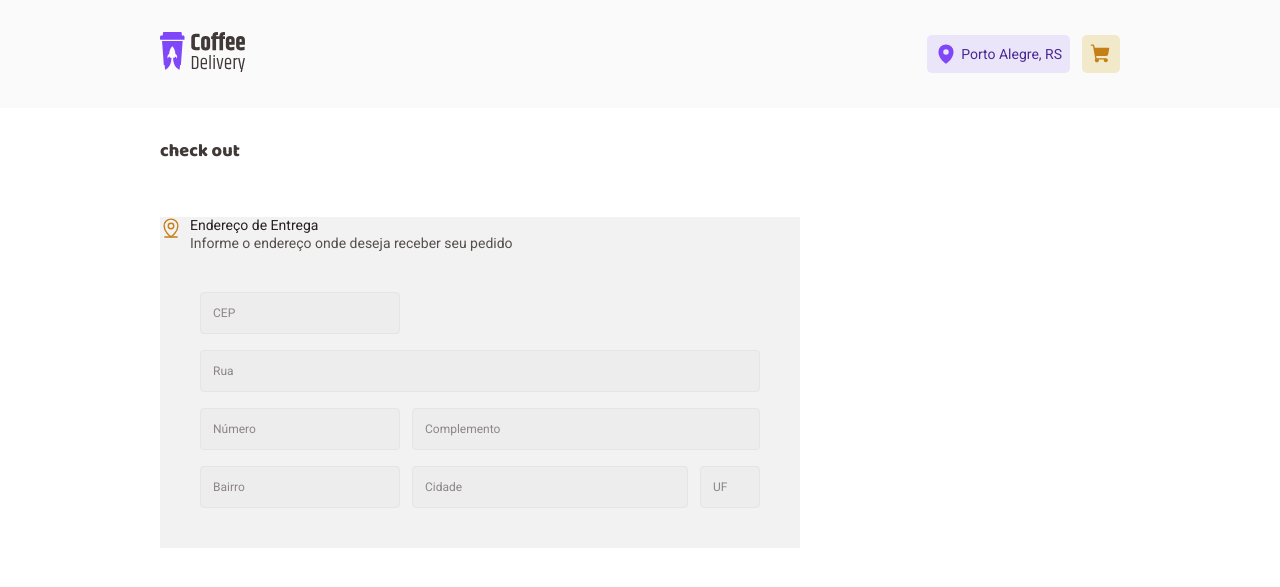
Repository: caueenrico/CoffeDelivery
Page: /checkout
The author's editor kept a copy of each file at every save. The page is drawn from the files as they stood at one save, then again after a run of saves.
The browser window is 1280 px wide. The pictures show the whole page.
The project was rebuilt for these pictures with package versions that can differ from the ones it lists, and the page was loaded fresh each time. Also part of the build but not shown: vite.config.ts, src/components/CoffesOptions/styled.ts, src/components/CoffeCards/styles.ts, src/components/IpuntNumber/styles.ts, src/components/IpuntNumber/index.tsx, src/components/CartOfCard/styles.ts, src/components/CartOfCard/index.tsx, src/utils/formatMoney.ts and 4 more.

Above is the page before, as saved 2022-09-22 15:27:39.

### index.html
<!DOCTYPE html>
<html lang="en">
  <head>
    <meta charset="UTF-8" />

    <link rel="preconnect" href="https://fonts.googleapis.com" />
    <link rel="preconnect" href="https://fonts.gstatic.com" crossorigin />
    <link
      href="https://fonts.googleapis.com/css2?family=Baloo+2:wght@700;800&family=Roboto:wght@400;700&display=swap"
      rel="stylesheet"
    />

    <link rel="icon" type="image/svg+xml" href="/vite.svg" />
    <meta name="viewport" content="width=device-width, initial-scale=1.0" />
    <title>Vite + React + TS</title>
  </head>
  <body>
    <div id="root"></div>
    <script type="module" src="/src/main.tsx"></script>
  </body>
</html>

### src/App.tsx
import { BrowserRouter } from "react-router-dom";
import { ThemeProvider } from "styled-components";
import { Router } from "./Router";
import { defaultTheme } from "./styles/themes/default";
import { GlobalStyle } from "./styles/themes/global";

export function App() {
  return (
    <ThemeProvider theme={defaultTheme}>
      <BrowserRouter>
        <Router />
      </BrowserRouter>
      <GlobalStyle />
    </ThemeProvider>
  );
}

### src/Router.tsx
import { Routes, Route } from 'react-router-dom'
import { DefaultLayout } from './layouts/DefaultLayout'
import { CheckOut } from './pages/CheckOut'
import { Home } from './pages/Home'



export function Router() {
  return (
    <Routes>
      <Route path="/" element={<DefaultLayout />}>
        <Route path="/" element={<Home />} />
        <Route path="/checkout" element={<CheckOut />} />
      </Route>
    </Routes>
  )
}

### src/styles/themes/default.ts
export const defaultTheme = {
  white: '#FFFFFF',

  // PRODUTOS
  'yellow-dark': '#C47F17',
  'yellow': '#DBAC2C',
  'yellow-light': '#F1E9C9',

  'purple-dark': '#4B2995',
  'purple': '#8047F8',
  'purple-light': '#EBE5F9',

  //BASE
  'title':'#272221',
  'subtitle': '#403937',
  'text':'#574F4D',
  'label':'#8D8686',
  'hover':'#D7D5D5',
  'button':'#E6E5E5',
  'input':'#EDEDED',
  'card':'#F3F2F2',
  'background':'#FAFAFA'
}

### src/styles/themes/global.ts
import { createGlobalStyle } from "styled-components";


export const GlobalStyle = createGlobalStyle`
  *{
    margin: 0;
    padding: 0;
    box-sizing: border-box;
  }

  :focus{
    outline: 0;
  }

  body{
    -webkit-font-smoothing: antialiased;
  }

  body,input,textarea,button{
    font-family: 'Roboto', sans-serif;
    font-weight: 400;
    font-size: 1rem;
  }

  input::-webkit-outer-spin-button,
  input::-webkit-inner-spin-button {
    -webkit-appearance: none;
    margin: 0;
  }
  input[type="number"] {
    -moz-appearance: textfield;
  }

`

### src/layouts/DefaultLayout/index.tsx
import { Outlet } from 'react-router-dom'
import { Header } from '../../components/Header'
import { LayoutContainer } from './styles'

export function DefaultLayout() {
  return (
    <div>
      <LayoutContainer>
        <Header />
        <Outlet />
      </LayoutContainer>
    </div>
  )
}

### src/pages/CheckOut/index.tsx
import { MapPinLine } from "phosphor-react";
import { useTheme } from "styled-components";
import { TilteText } from "../Home/styles";
import { AddressForm } from "./AddresForm";
import { TextCheck } from "./components/TextosCheck";
import { AddressFormContainer, ContainerCheckOut } from "./styles";

export function CheckOut() {
  return (
    <>
      <TilteText>check out</TilteText>

      <ContainerCheckOut>
        <TextCheck
          icon={<MapPinLine size={22} color="#C47F17" />}
          title="Endereço de Entrega"
          subtitle="Informe o endereço onde deseja receber seu pedido"
        />

        <AddressForm />

      </ContainerCheckOut>
    </>
  );
}

### src/components/Header/index.tsx
import { HeaderContainer, NavHeaders } from "./styles";
import logo from '../assets/logo.svg';
import { Locations } from "../Locations";
import { Cart } from "../Cart";
import { NavLink } from "react-router-dom";


export function Header() {
  return (
    <HeaderContainer>
      <NavLink to='/'>
      <img src={logo} alt="" />
      </NavLink>

      <NavHeaders>
        <Locations />
        <NavLink to='/checkout'>
          <Cart/>
        </NavLink>
      </NavHeaders>
    </HeaderContainer>
  );
}

### src/layouts/DefaultLayout/styles.ts
import styled from 'styled-components'

export const LayoutContainer = styled.div`

`

### src/pages/Home/styles.ts
import Background from '../assets/Background.png'

import styled from "styled-components";

export const BannerContainer = styled.div`

display: flex;
align-items: center;
justify-content: space-between;

padding: 94px 160px;

background-image: url(${Background});
background-position: center;
background-repeat: no-repeat;
background-size: cover;

`

export const TextContainer = styled.div`
 max-width: 588px;

 h1{
  font-family: 'Baloo 2';
  font-style: normal;
  font-weight: 800;
  font-size: 48px;
  line-height: 130%;
  color: ${props => props.theme['title']}
 }

  span {
    font-family: 'Roboto';
    font-weight: 400;
    font-size: 20px;
    line-height: 130%;
    color: ${props => props.theme['subtitle']}
  }




`

export const Benefist = styled.div `

  margin-top: 66px;
  max-width: 567px;
  color: ${props => props.theme['text']};

  ul {
    list-style-type: none;
    display: flex;
    gap: 40px;

  }

  ul li{
    font-size: 16px;
    display: flex;
    align-items: center;
    margin-bottom: 20px;
    gap: 12px;


  }

  .test{
    width: 231px;
  }
`

export const ProductsContainer = styled.div`

  h1{
    font-family: 'Baloo 2';
    font-style: normal;
    font-weight: 800;
    font-size: 32px;
    line-height: 130%;

    margin-left: 160px;
    margin-top: 32px;
    margin-bottom: 54px;

    color:${props => props.theme['subtitle']}
  }



`

export const TilteText = styled.h1`
    font-family: 'Baloo 2';
    font-style: normal;
    font-weight: 800;
    font-size: 18px;
    line-height: 130%;

    margin-left: 160px;
    margin-top: 32px;
    margin-bottom: 54px;

    color:${props => props.theme['subtitle']}
`

### src/pages/CheckOut/AddresForm.tsx
import { InputForm } from "../../components/InpuitForm";
import { AddressFormContainer } from "./styles";



export function AddressForm(){
  return(
    <AddressFormContainer>
      <InputForm placeholder="CEP" type='number' className="cep"/>
      <InputForm placeholder="Rua" className="street"/>
      <InputForm placeholder="Número" type='number'/>
      <InputForm placeholder="Complemento" className="complemento"/>
      <InputForm placeholder="Bairro" />
      <InputForm placeholder="Cidade"/>
      <InputForm placeholder="UF"/>
    </AddressFormContainer>
  )
}

### src/pages/CheckOut/components/TextosCheck/index.tsx
import { ReactNode } from "react"
import { SectionTitleContainer } from "./styles"

interface TextCheckProps{
  title: string
  subtitle: string
  icon: ReactNode
}

export function TextCheck({title,subtitle,icon}: TextCheckProps){
  return(
    <SectionTitleContainer>
      {icon}
      <div>
        <h1>{title}</h1>
        <span>{subtitle}</span>
      </div>
    </SectionTitleContainer>
  )
}

### src/pages/CheckOut/styles.ts
import styled from "styled-components";

export const ContainerCheckOut = styled.div `

  margin-left: 160px;
  display: flex;
  flex-direction: column;
  max-width: 40rem;
  background: ${props => props.theme.card};
`

export const AddressFormContainer = styled.div`
  width: 100%;

  margin: 40px;
  display: grid;
  grid-template-columns: 12.5rem 17.25rem 3.75rem;
  column-gap: 0.75rem;
  row-gap: 1rem;
  grid-auto-flow: dense;

  .cep{
    grid-column: span 3;
    max-width: 12.5rem;
  }

  .street{
    grid-column: span 3;
  }

  .complemento {
    grid-column: span 2;
  }

`

### src/components/Header/styles.ts
import styled from "styled-components";

export const HeaderContainer = styled.div`

  min-height: 104px;

  display: flex;
  align-items: center;
  justify-content: space-between;

  padding: 32px 160px;

  background-color: ${props => props.theme['background']};

  position: sticky;
  top: 0;
  left: 0;
  z-index: 5;

`
export const NavHeaders = styled.nav`
  display: flex;
  gap: 12px;

`

### src/components/Locations/index.tsx
import { MapPin } from "phosphor-react";
import { LocationsContainer } from "./styles";


export function Locations (){

  return (
    <LocationsContainer>
        <MapPin size={22} weight='fill' color="#8047F8"/> Porto Alegre, RS
    </LocationsContainer>
  )
}

### src/components/Cart/index.tsx
import { ShoppingCart } from "phosphor-react";
import React from "react";
import { CartContainer } from "./styles";

export function Cart (){
  return(
    <CartContainer>
      <ShoppingCart size={22} weight='fill'/>
    </CartContainer>
  )
}

### src/components/InpuitForm/index.tsx
import { InputHTMLAttributes } from "react";
import { InputStyleContainer } from "./styles";

type InputProps = InputHTMLAttributes<HTMLInputElement>

export function InputForm({...props}:InputProps ){
  return(
    <InputStyleContainer {...props}/>
  )
}

### src/pages/CheckOut/components/TextosCheck/styles.ts
import styled from "styled-components";

export const SectionTitleContainer = styled.div`
  display: flex;
  gap: 0.5rem;
  margin: ;


  div{
    h1{
      font-size: 0.875rem;
      font-weight: 400;
      color: ${props => props.theme.title};
    }
    span{
      font-size: 0.875rem;
      font-weight: 400;
      color: ${props => props.theme.text};
    }
  }

`

### src/components/Locations/styles.ts
import styled from "styled-components";

export const LocationsContainer = styled.div`
  border-radius: 5px;

  max-width: 143px;
  padding: 8px;
  font-size: 14px;

  background-color: ${props => props.theme['purple-light']};
  color: ${props => props.theme['purple-dark']};

  display: flex;
  justify-content: center;
  align-items: center;
  gap: 4px;



`

### src/components/Cart/styles.ts
import styled from "styled-components";

export const CartContainer = styled.button`
  max-width: 38px;
  max-height: 38px;
  border-radius: 5px;
  border: none;

  background-color: ${props => props.theme['yellow-light']};
  color: ${props => props.theme['yellow-dark']};

  display: flex;
  align-content: center;
  align-items: center;

  padding: 8px;

`

### src/components/InpuitForm/styles.ts
import styled from "styled-components";

export const InputStyleContainer = styled.input`
  height: 2.625rem;
  border-radius: 4px;
  border: 1px solid ${props => props.theme.button};
  background: ${props => props.theme.input};
  transition: 0.4s;

  &:focus{
    border-color: ${props => props.theme["yellow-dark"]};
  }

  color: ${props => props.theme["text"]};
  font-size: 00.75rem;
  padding: 0 0.75rem;

  &::placeholder{
    color: ${props => props.theme["label"]};
  }
`

Loaded but not shown: src/main.tsx (common file)

After the next 6 saves:
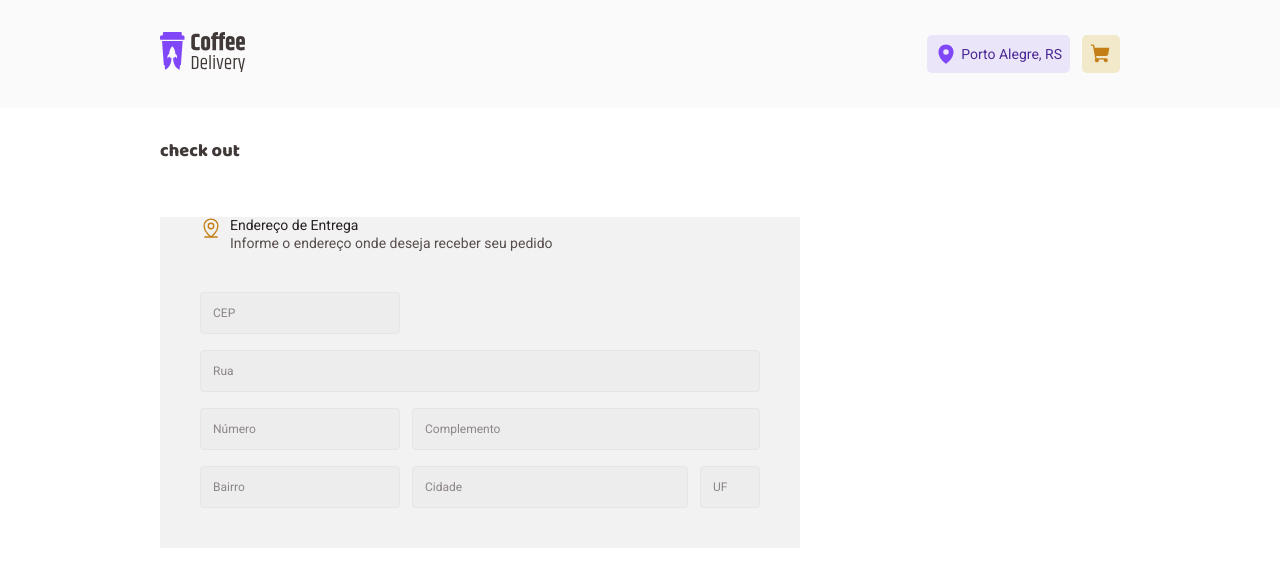
The 6 saves are shown as one change because they came seconds apart.
The last was saved 19 s later.
--- a/src/pages/CheckOut/components/TextosCheck/styles.ts
+++ b/src/pages/CheckOut/components/TextosCheck/styles.ts
@@ -3,7 +3,8 @@ import styled from "styled-components";
 export const SectionTitleContainer = styled.div`
   display: flex;
   gap: 0.5rem;
-  margin: ;
+  margin-left: 40px;
+
 
 
   div{
